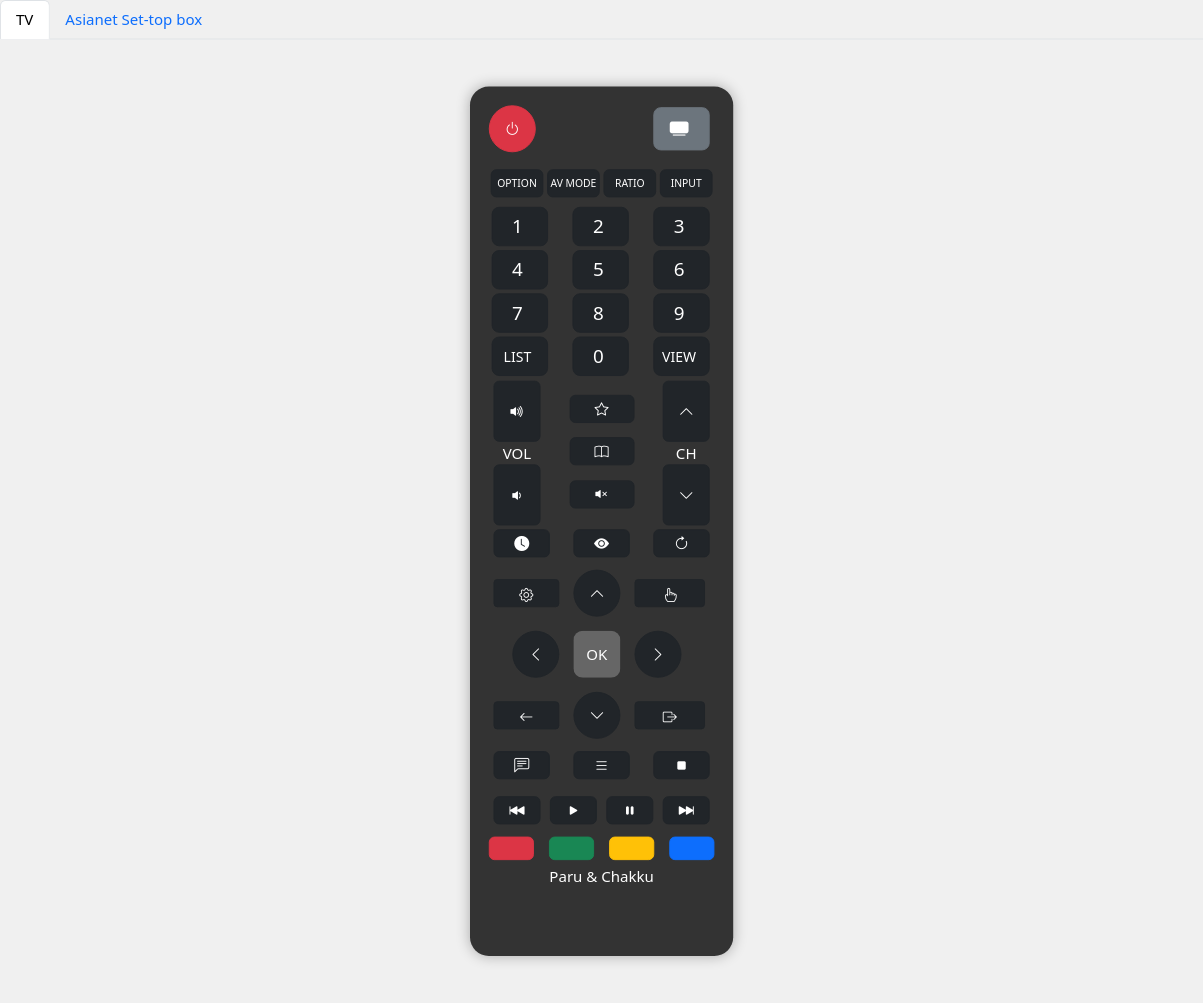
Repository: manumohan/custom-remote
Page: data/index.html
The author's editor kept a copy of each file at every save. The page is drawn from the files as they stood at one save, then again after the next save.
The browser window is 1280 px wide. The pictures show the whole page, at 94% of full size.

Above is the page before, as saved 2024-09-08 19:57:39.

After the next save:
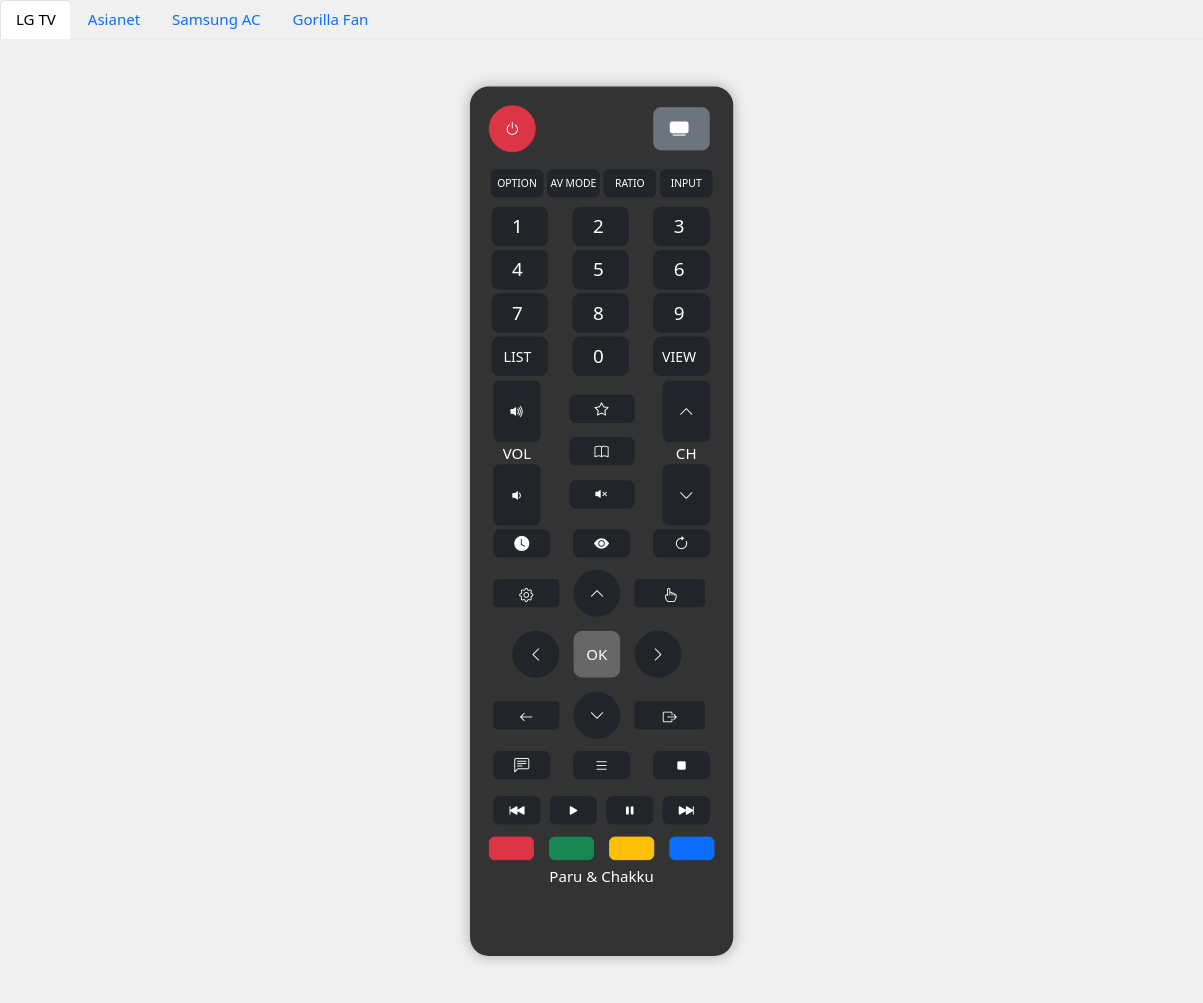
Saved 105 s later.
--- a/data/index.html
+++ b/data/index.html
@@ -137,10 +137,16 @@
   <!-- Tab Navigation -->
   <ul class="nav nav-tabs" id="remoteTabs" role="tablist">
     <li class="nav-item" role="presentation">
-      <button class="nav-link active" id="remote1-tab" data-bs-toggle="tab" data-bs-target="#remote1" type="button" role="tab" aria-controls="remote1" aria-selected="true">TV</button>
+      <button class="nav-link active" id="remote1-tab" data-bs-toggle="tab" data-bs-target="#remote1" type="button" role="tab" aria-controls="remote1" aria-selected="true">LG TV</button>
     </li>
     <li class="nav-item" role="presentation">
-      <button class="nav-link" id="remote2-tab" data-bs-toggle="tab" data-bs-target="#remote2" type="button" role="tab" aria-controls="remote2" aria-selected="false">Asianet Set-top box</button>
+      <button class="nav-link" id="remote2-tab" data-bs-toggle="tab" data-bs-target="#remote2" type="button" role="tab" aria-controls="remote2" aria-selected="false">Asianet</button>
+    </li>
+    <li class="nav-item" role="presentation">
+      <button class="nav-link" id="remote2-tab" data-bs-toggle="tab" data-bs-target="#remote2" type="button" role="tab" aria-controls="remote2" aria-selected="false">Samsung AC</button>
+    </li>
+    <li class="nav-item" role="presentation">
+      <button class="nav-link" id="remote2-tab" data-bs-toggle="tab" data-bs-target="#remote2" type="button" role="tab" aria-controls="remote2" aria-selected="false">Gorilla Fan</button>
     </li>
   </ul>
 
